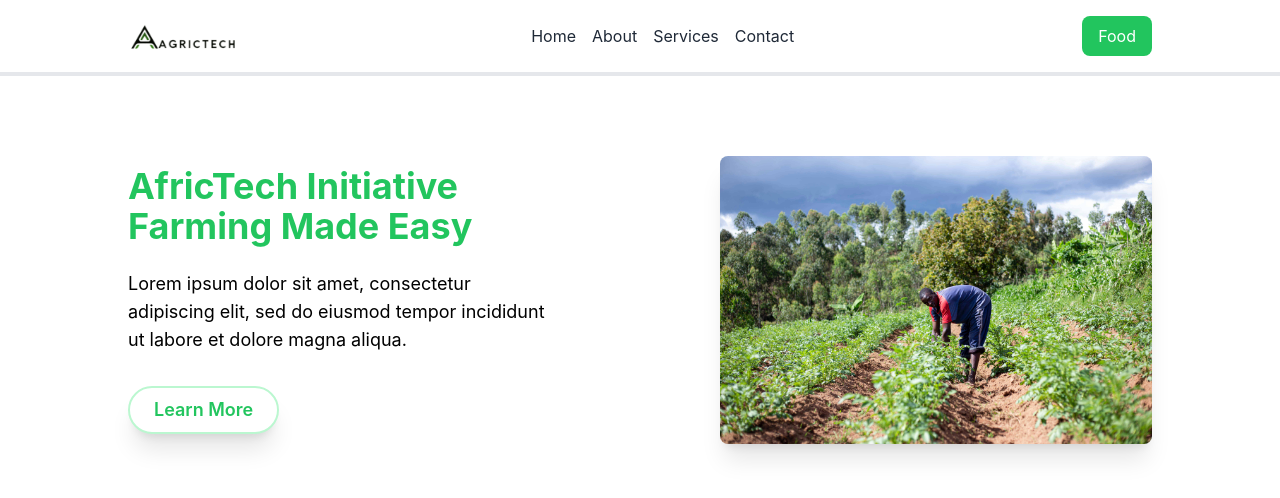
Repository: akinolapo/agric-tech
Page: /
These files come from the project's save history. The page is drawn as it stood at one moment and after a run of saves; the edit follows.
The browser window is 1280 px wide. The pictures show the whole page.
The project was rebuilt for these pictures with package versions that can differ from the ones it lists, and the page was loaded fresh each time.

Above is the page before, as saved 2023-05-27 00:24:03.

### src/App.js
import React from 'react'
import Header from './components/Header'
import Hero from './components/Hero'

const App = () => {
  return (
    <div>
      <Header/>
      <Hero/>
    </div>
  )
}

export default App

### src/components/Header.jsx
import React, { useState } from 'react';

const Header = () => {
  const [isMenuOpen, setIsMenuOpen] = useState(false);

  const toggleMenu = () => {
    setIsMenuOpen(!isMenuOpen);
  };

  const closeMenu = () => {
    setIsMenuOpen(false);
  };

  return (
    <header className="bg-white border-b-4">
      <div className="container mx-auto flex justify-between items-center py-4 px-5 sm:px-32">
        <div className="flex items-center">
          <img
            src={process.env.PUBLIC_URL+`media/logo.png`}
            alt="Logo"
            className="h-8 w-auto"
          />
        </div>
        <div className="hidden md:flex space-x-4">
          <a href="#" className="text-gray-800 hover:text-gray-600">Home</a>
          <a href="#" className="text-gray-800 hover:text-gray-600">About</a>
          <a href="#" className="text-gray-800 hover:text-gray-600">Services</a>
          <a href="#" className="text-gray-800 hover:text-gray-600">Contact</a>
        </div>
        <div className="md:hidden">
          <button
            type="button"
            className="flex items-center p-2 rounded-md text-gray-800 hover:text-gray-600 focus:outline-none"
            onClick={toggleMenu}
          >
            <svg
              xmlns="http://www.w3.org/2000/svg"
              className="h-6 w-6"
              fill="none"
              viewBox="0 0 24 24"
              stroke="currentColor"
            >
              <path
                strokeLinecap="round"
                strokeLinejoin="round"
                strokeWidth="2"
                d="M4 6h16M4 12h16M4 18h16"
              />
            </svg>
          </button>

        </div>
        <div className="hidden md:block">
          <button
            type="button"
            className="bg-green-500 text-white rounded-lg py-2 px-4"
          >
            Food
          </button>
        </div>
      </div>
      <div>
          {isMenuOpen && (
            <div className="mt-2 w-full">
              <ul className="bg-white border rounded-md divide-y divide-gray-200 shadow-md">
                <li className="py-2 px-4">
                  <a href="#" className="text-gray-800 hover:text-gray-600">Home</a>
                </li>
                <li className="py-2 px-4">
                  <a href="#" className="text-gray-800 hover:text-gray-600">About</a>
                </li>
                <li className="py-2 px-4">
                  <a href="#" className="text-gray-800 hover:text-gray-600">Services</a>
                </li>
                <li className="py-2 px-4">
                  <a href="#" className="text-gray-800 hover:text-gray-600">Contact</a>
                </li>
                <li className="py-2 px-4">
                  <button
                    type="button"
                    className="bg-green-500 text-white rounded-lg py-2 px-4 w-full"
                  >
                    Food
                  </button>
                </li>
              </ul>
              <div className="absolute top-0 right-0 p-2">
              </div>
            </div>
          )}
          </div>
    </header>
  );
};

export default Header;

### src/components/Hero.jsx
import React from 'react';

const Hero = () => {
  return (
    <section className="bg-white text-black py-20 px-5 sm:px-32">
      <div className="container mx-auto flex flex-col lg:flex-row items-center gap-40">
        <div className="lg:w-1/2">
          <h1 className="text-4xl font-bold mb-6 text-green-500">AfricTech Initiative <br></br> Farming Made Easy</h1>
          <p className="text-lg mb-8">Lorem ipsum dolor sit amet, consectetur adipiscing elit, sed do eiusmod tempor incididunt ut labore et dolore magna aliqua.</p>
          <button className="bg-white text-lg border-2 border-green-200 text-green-500 py-2 px-6 rounded-full font-semibold shadow-xl hover:shadow-2xl transition duration-300">Learn More</button>
        </div>
        <div className="lg:w-1/2">
          <img src={process.env.PUBLIC_URL+`media/hero.jpg`}alt="Agriculture" className="rounded-lg shadow-xl" />
        </div>
      </div>
    </section>
  );
};

export default Hero;

Loaded but not shown: public/index.html (common file); src/index.js (common file); src/index.css (common file); tailwind.config.js (common file)

After the next 2 saves:
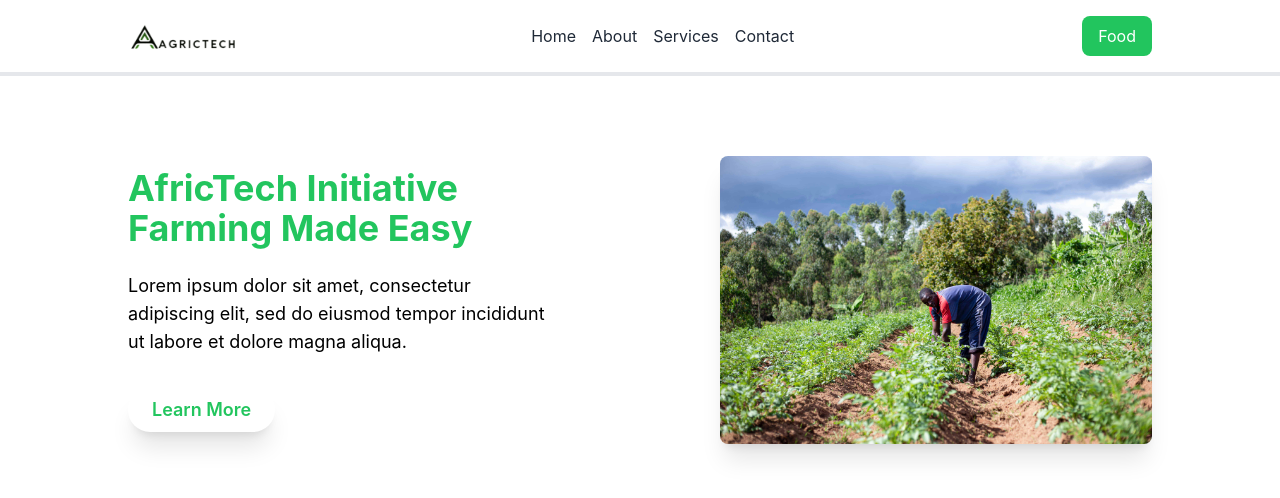
The 2 saves are shown as one change because they came seconds apart.
The last was saved 9 s later.
--- a/src/components/Hero.jsx
+++ b/src/components/Hero.jsx
@@ -7,7 +7,7 @@
         <div className="lg:w-1/2">
           <h1 className="text-4xl font-bold mb-6 text-green-500">AfricTech Initiative <br></br> Farming Made Easy</h1>
           <p className="text-lg mb-8">Lorem ipsum dolor sit amet, consectetur adipiscing elit, sed do eiusmod tempor incididunt ut labore et dolore magna aliqua.</p>
-          <button className="bg-white text-lg border-2 border-green-200 text-green-500 py-2 px-6 rounded-full font-semibold shadow-xl hover:shadow-2xl transition duration-300">Learn More</button>
+          <button className="bg-white text-lg border-1 border-green-200 text-green-500 py-2 px-6 rounded-full font-semibold shadow-xl hover:shadow-2xl transition duration-300">Learn More</button>
         </div>
         <div className="lg:w-1/2">
           <img src={process.env.PUBLIC_URL+`media/hero.jpg`}alt="Agriculture" className="rounded-lg shadow-xl" />

After the 4 saves that followed:
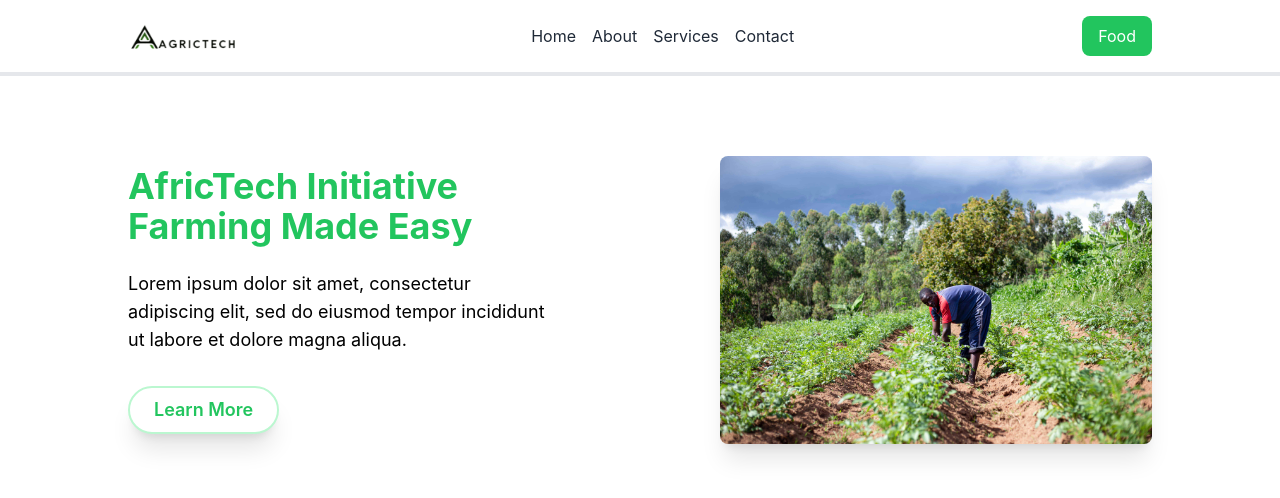
The 4 saves are shown as one change because 2 left the picture as it was and some came seconds apart.
The last was saved 29 s later.
--- a/src/components/Hero.jsx
+++ b/src/components/Hero.jsx
@@ -7,7 +7,7 @@
         <div className="lg:w-1/2">
           <h1 className="text-4xl font-bold mb-6 text-green-500">AfricTech Initiative <br></br> Farming Made Easy</h1>
           <p className="text-lg mb-8">Lorem ipsum dolor sit amet, consectetur adipiscing elit, sed do eiusmod tempor incididunt ut labore et dolore magna aliqua.</p>
-          <button className="bg-white text-lg border-1 border-green-200 text-green-500 py-2 px-6 rounded-full font-semibold shadow-xl hover:shadow-2xl transition duration-300">Learn More</button>
+          <button className="bg-white text-lg border-2 border-green-200 text-green-500 py-2 px-6 rounded-full font-semibold shadow-xl hover:shadow-2xl transition duration-300">Learn More</button>
         </div>
         <div className="lg:w-1/2">
           <img src={process.env.PUBLIC_URL+`media/hero.jpg`}alt="Agriculture" className="rounded-lg shadow-xl" />
